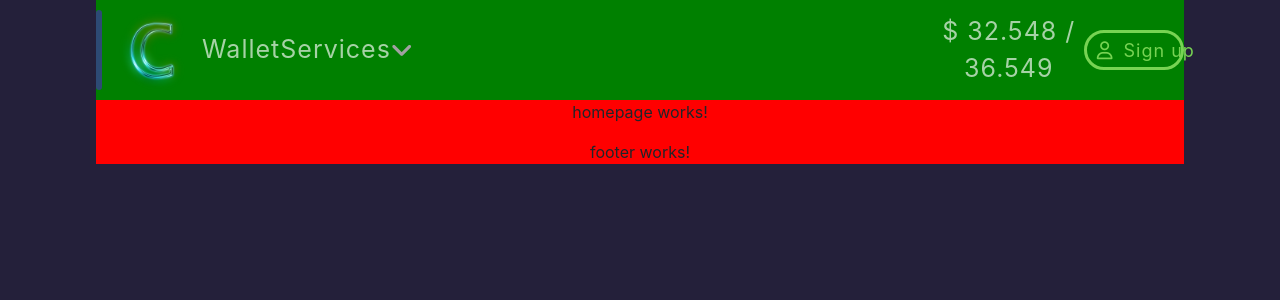
Repository: YuriyBen/Corzbank
Page: / (app in Corzbank.Web/ClientApp/)
An editor plug-in stored every save of this project. The page is shown before and after a run of saves, followed by the edit.
The browser window is 1280 px wide. The pictures show the whole page.
Some web libraries are served in a nearby version. The project was rebuilt for these pictures with package versions that can differ from the ones it lists, and the page was loaded fresh each time. Also part of the build but not shown: Corzbank.Web/ClientApp/angular.json.

Above is the page before, as saved 2022-05-19 20:43:18.

After the next 4 saves:
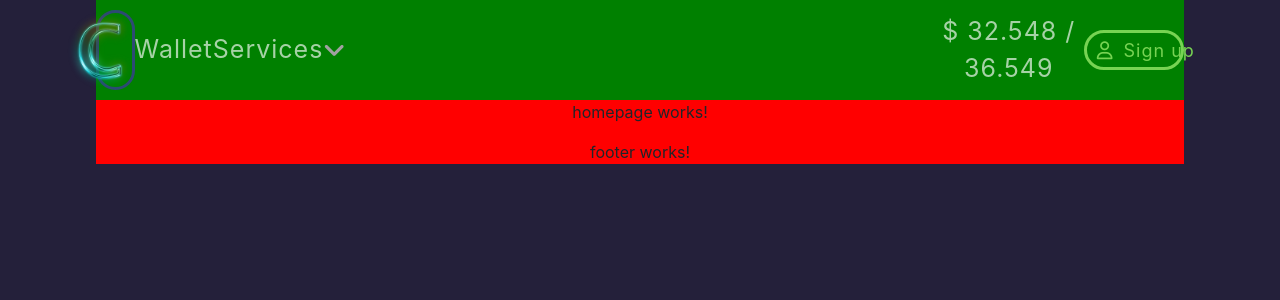
The 4 saves are shown as one change because they came seconds apart.
The last was saved 89 s later.
--- a/Corzbank.Web/ClientApp/src/app/header/header.component.scss
+++ b/Corzbank.Web/ClientApp/src/app/header/header.component.scss
@@ -28,10 +28,14 @@
     border-radius: 50px;
     border: 3px solid #2D4A74;
     height: 80px;
-    width: 81px;
+    width: 80px;
+    position: relative;
 }
 .left-block img{
     width: 100px;
+    position: absolute;
+    right: 95%;
+    top: 0%;
 }
 .left-block .services{
     display: flex;
